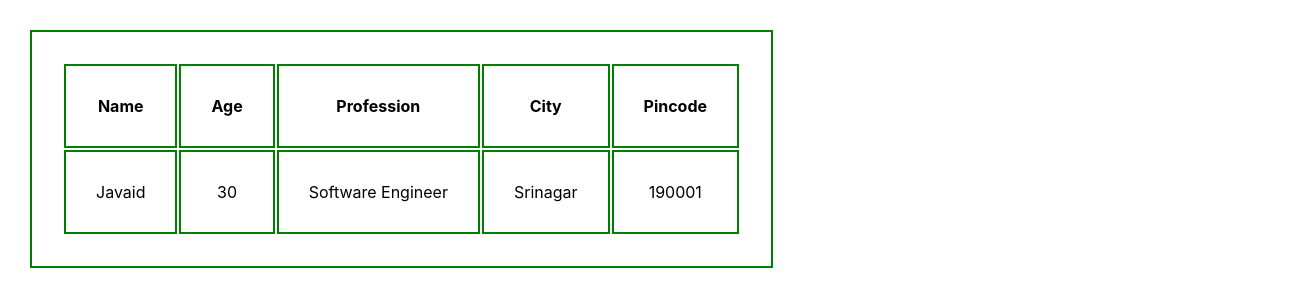
Repository: JavaidAhmadKhan/framer-motion-reacr
Page: /
These files come from the project's save history. The page is drawn as it stood at one moment and after the next save; the edit follows.
The browser window is 1280 px wide. The page is 1280 px wide, then 1310 px, so the pictures cover 1310 px, including what lies to the right of the window. The pictures show the whole page.
The project was rebuilt for these pictures with package versions that can differ from the ones it lists, and the page was loaded fresh each time.

Above is the page before, as saved 2022-05-19 17:56:59.

After the next save:
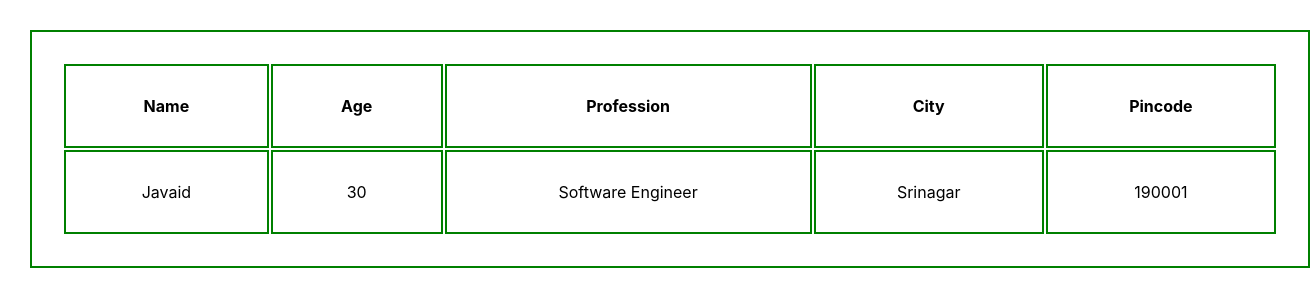
Saved 7 s later.
--- a/src/App.css
+++ b/src/App.css
@@ -1,5 +1,5 @@
 table {
-  max-width: 100%;
+  width: 100%;
 }
 table,
 th,
